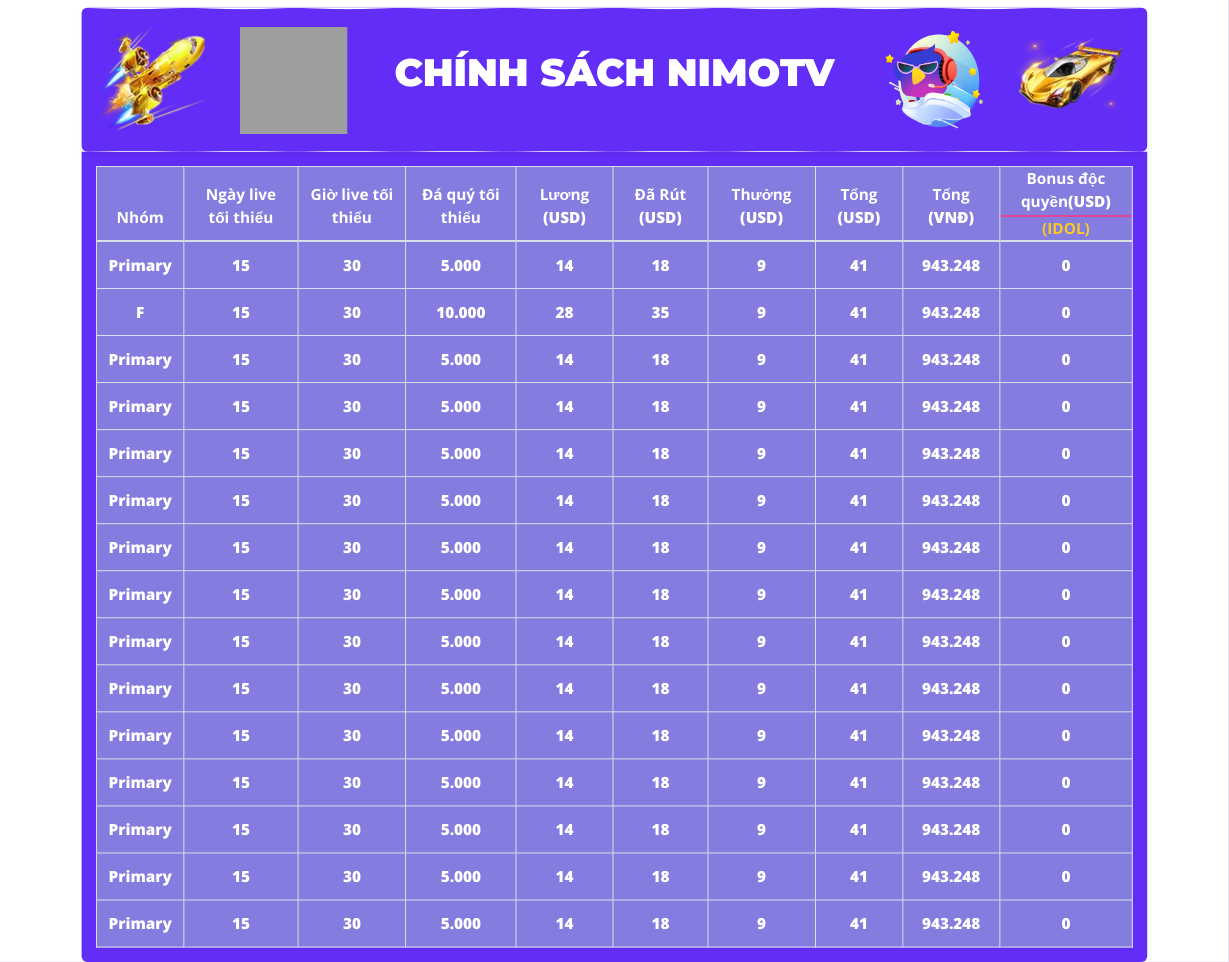
Repository: dav1601/nimo-work
Page: index.html
These files come from the project's save history. The page is drawn as it stood at one moment and after a run of saves; the edit follows.
The browser window is 1280 px wide. The pictures show the whole page, at 96% of full size.
Pictures or frames that could not be fetched are drawn as grey boxes.

Above is the page before, as saved 2022-04-14 22:47:44.

After the next 3 saves:
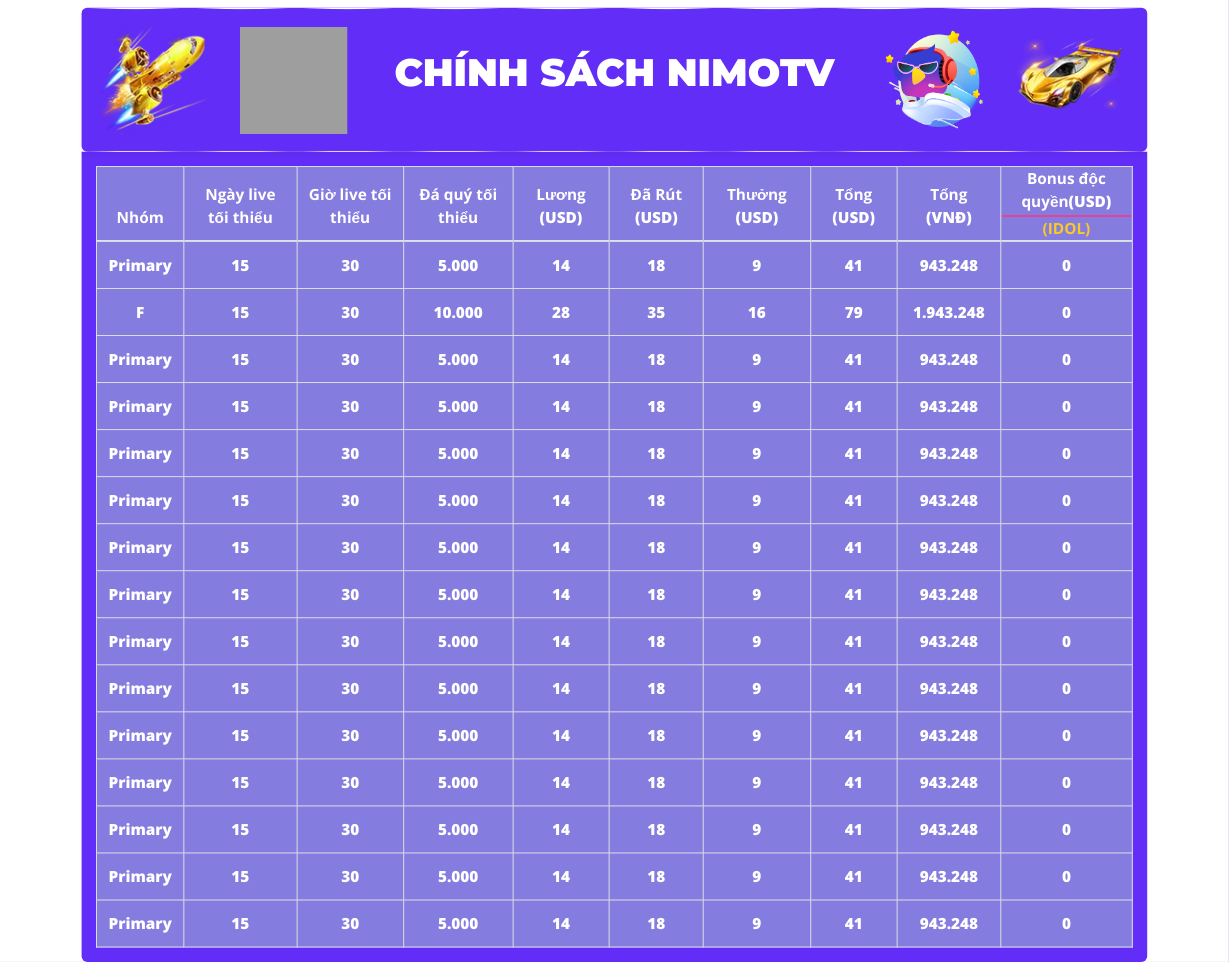
The 3 saves are shown as one change because they came seconds apart.
The last was saved 11 s later.
--- a/index.html
+++ b/index.html
@@ -151,9 +151,9 @@
                         <td>10.000</td>
                         <td>28</td>
                         <td>35</td>
-                        <td>9</td>
-                        <td>41</td>
-                        <td>943.248</td>
+                        <td>16</td>
+                        <td>79</td>
+                        <td>1.943.248</td>
                         <td>0</td>
                     </tr>
                     <tr>
